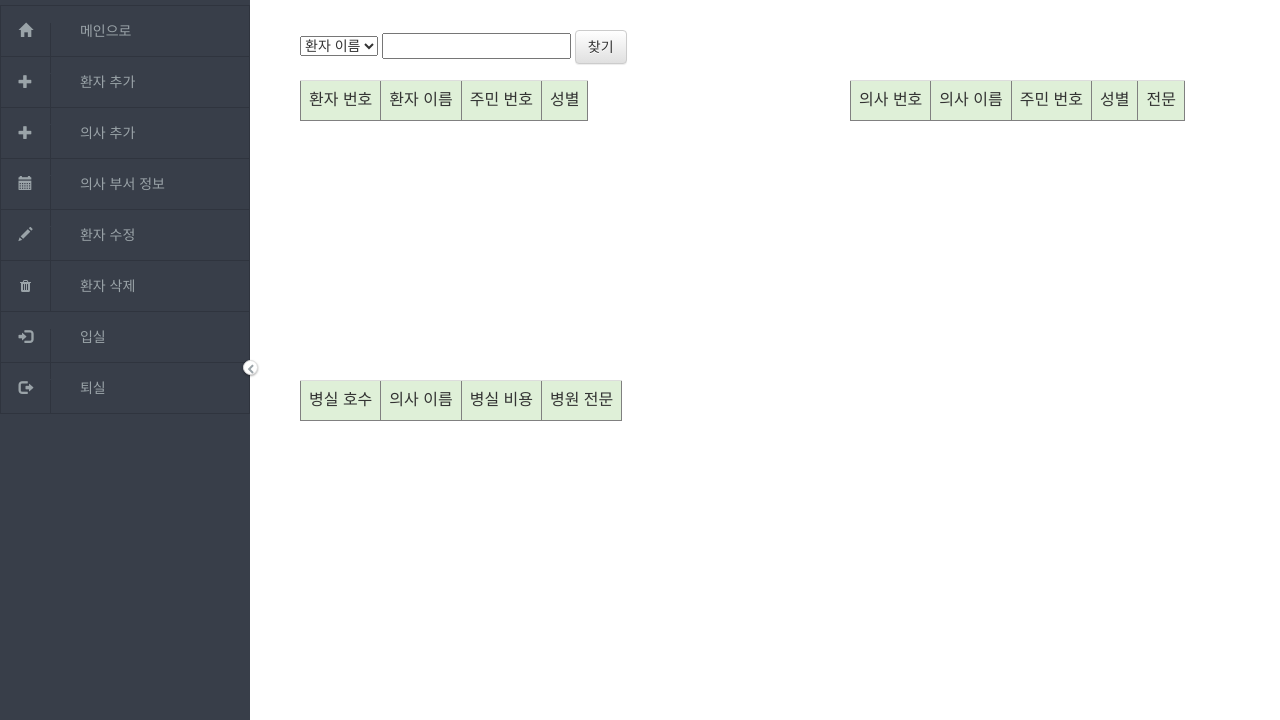
Repository: qaws1134/Hospital_manager
Page: http://localhost/project/main.jsp
An editor plug-in stored every save of this project. The page is shown before and after the next save, followed by the edit.
The browser window is 1280 px wide. The pictures show the whole page.
Some web libraries are served in a nearby version. The page is served by Tomcat 9. The template is opened directly, without the code that normally fills it, so the values that code supplies are empty.

Above is the page before, as saved 2017-12-09 16:34:49.
Console error (its wording comes from the project's code and is left out).

After the next save:
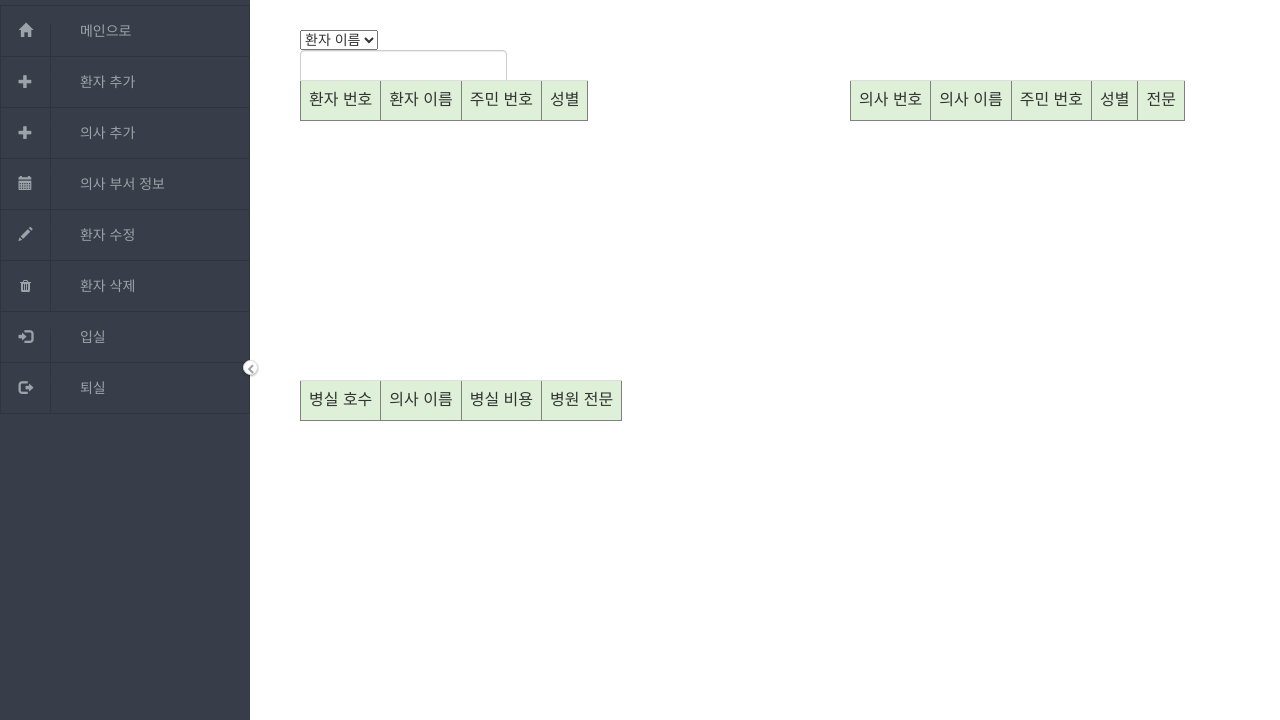
Saved 111 s later.
--- a/project/WebContent/main.jsp
+++ b/project/WebContent/main.jsp
@@ -213,7 +213,7 @@ nav ul li a span {
 		<option value="d_name">의사 이름</option>
 		<option value="d_cls">병원 종류</option>
 	</select>
-	<input type="text" name="searchValue">
+	<input type="text" name="searchValue" class="form-control">
 	<input type="submit" class="btn btn-default" value="찾기">
 </form>
 </section>
